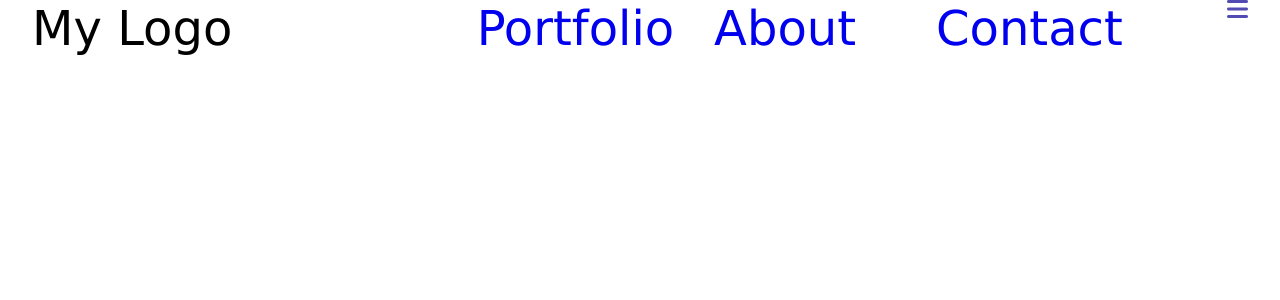
Repository: usman3123/portfolio-template-3
Page: portfolio.html
These files come from the project's save history. The page is drawn as it stood at one moment and after the next save; the edit follows.
The browser window is 1280 px wide. The pictures show the whole page.
Some web libraries are served in a nearby version.

Above is the page before, as saved 2025-01-21 17:26:46.

### portfolio.html
<!DOCTYPE html>
<html lang="en">
<head>
  <meta charset="UTF-8">
  <meta name="viewport" content="width=device-width, initial-scale=1.0">
  <title>project 2</title>
  <link rel="stylesheet" href="style.css">
  <link href='https://unpkg.com/boxicons@2.1.4/css/boxicons.min.css' rel='stylesheet'>
  <link rel="stylesheet" href="https://cdnjs.cloudflare.com/ajax/libs/font-awesome/6.6.0/css/all.min.css" integrity="sha512-Kc323vGBEqzTmouAECnVceyQqyqdsSiqLQISBL29aUW4U/M7pSPA/gEUZQqv1cwx4OnYxTxve5UMg5GT6L4JJg==" crossorigin="anonymous" referrerpolicy="no-referrer" />
  <link rel="stylesheet" href="https://cdnjs.cloudflare.com/ajax/libs/font-awesome/6.6.0/css/all.min.css" integrity="sha512-Kc323vGBEqzTmouAECnVceyQqyqdsSiqLQISBL29aUW4U/M7pSPA/gEUZQqv1cwx4OnYxTxve5UMg5GT6L4JJg==" crossorigin="anonymous" referrerpolicy="no-referrer" />

  <link rel="stylesheet" href="https://cdnjs.cloudflare.com/ajax/libs/font-awesome/6.7.2/css/all.min.css">
  <link rel="preconnect" href="https://fonts.googleapis.com">
<link rel="preconnect" href="https://fonts.gstatic.com" crossorigin>
<link href="https://fonts.googleapis.com/css2?family=Poppins:ital,wght@0,100;0,200;0,300;0,400;0,500;0,600;0,700;0,800;0,900;1,100;1,200;1,300;1,400;1,500;1,600;1,700;1,800;1,900&display=swap" rel="stylesheet">
</head>

<body>

  <!-- Navbar -->

  <nav class="navbar flex">
    <p class="mainlogoo">My Logo</p>
    <img src="/assets/Enabled.png" id="menu-icon">
    <i class="fa-solid fa-x cross-icon" style="color: #ffffff;"></i>
    <div class="nav-links flex">
    <a href="#myportfolio" style="text-decoration: none;" class="link">Portfolio</a>
    <a href="#myabout" style="text-decoration: none;" class="link">About<a>
    <a href="#mycontact" style="text-decoration: none;" class="link">Contact<a>
    </div>
    <i class="fa-solid fa-light fa-bars fa-xl " id="nav-icon " style="color: #524bb4;"></i>
  </nav>

  <!-- Main Content -->

  <!-- <main>



  <section id="myportfolio" class="hero-section flex">
    <div class="hero-content flex">
       <h1> I'm Alexandra! <br>
           Glad to see you.
       </h1>
       <p>
          I'm a software developer! I can help you build a product , feature or website Look through  some of my work and experience! If you like what you see and have a project you need coded, don’t hesitate to contact me.
       </p>

     <p class="let-connect"> LET'S CONNECT</p>

      <div class="icons flex">
          <img src="/assets/twitter.png" class="twitter">
          <img src="assets/Linkedin.png" class="inimage">
          <img src="assets/M.png" class="mimage">
          <img src="assets/Github.png" class="tomimage">
          <img src="assets/V.png" class="protocol">
      </div>
    </div>
  </section> -->

  <!-- Cards Section -->

  <!-- <section class="cards flex">
  </section>

  <div class="page">
    </div>
     -->


   <!-- ABOUT MYSELF -->

  <!-- <section id="myabout" class="about flex">

    <div class="about-intro flex">
      <h1 style="font-size: 40px;">About Myself</h1>
      <p class="about-paragraph">Hello I'm a software developer! I can help you build a product , feature or website Look through some of my work and experience! If you like what you see and have a project you need coded, don't hesitate to contact me.</p>
        <p class="let-connect">Let's Connect</p>
        <div class="icons flex icon-gap">
          <img src="assets/twitter.png" class="twitter">
          <img src="assets/Linkedin.png" class="inimage">
          <img src="assets/M.png" class="mimage">
          <img src="assets/Github.png" class="tomimage">
          <img src="assets/V.png" class="protocol">
      </div>
      <button class="button rsm-btn"> Get my resume</button>
    </div>

    <div class="about-skills flex">
      <div class="about-all flex">
        <p>Languages</p>
        <i class='bx bx-chevron-down'></i>
      </div>
      <div class="about-lang flex">
        <div class="about-lang-img flex">
          <i class="fa-brands fa-js" style="color: #ff0000;"></i>
          <p>JavaScript</p>
        </div>
        <div class="about-lang-img flex">
          <i class="fa-brands fa-html5" style="color: #FFD43B;"></i>
          <p>Html</p>

        </div>
        <div class="about-lang-img flex">
          <i class="fa-brands fa-css3-alt" style="color: #74C0FC;"></i>
          <p>css</p>
        </div>
      </div>
      <div class="about-all flex">
        <p> Frameworks</p>
        <i class='bx bx-chevron-right'></i>
      </div>
      <div class="about-all flex">
        <p>Skills</p>
        <i class='bx bx-chevron-right'></i>
        </div>
        </div>
        <div class="contact-section flex">
            <h4 class="contact-paragraph">I'm always interested in hearing about new projects, so if you'd like to chat please get in touch.</h4>
            <form action="submit-form" class="contact-form flex">
                <div class="names flex">
                    <input type="text" placeholder="Full name" class="first-name">
                    <input type="text" placeholder="last name" class="last-name">
      </div>
        <div class="contact-section flex">
            <h4 class="contact-paragraph">I'm always interested in hearing about new projects, so if you'd like to chat please get in touch.</h4>
            <form action="submit-form" class="contact-form flex">
                <div class="names flex">
                    <input type="text" placeholder="Full name" class="first-name">
                    <input type="text" placeholder="last name" class="last-name">
    </div>
  </section> -->

  <!-- Contact section -->

  <!-- <section id="mycontact" class="contact-section">
    <h1 class="contact-heading">Contact Me</h1>
    <p class="contact-description">
        If you have an application you are interested in developing, a feature that you need built, or a project that needs coding, I'd love to help with it!
    </p>
    <form class="contact-form">
        <input class="form-input" type="text" placeholder="Your Name">
        <input class="form-input" type="email" placeholder="Your Email">
        <textarea class="form-message" placeholder="Write your message here..."></textarea>
        <button class="form-button">Get in Touch</button>
    </form>

</section>

</main> -->

<script src="index.js"></script>
</body>
</html>

### style.css
*{
    margin: 0;
    padding: 0;
    box-sizing: border-box;
}
body {
    font-family: Verdana, Geneva, Tahoma, sans-serif;
}
.flex {
    display: flex;
}
.navbar {
    justify-content: space-around;
}
.mainlogoo {
    font-size: 3rem;
}
.nav-links {
    gap: 40px;
    font-size: 3rem;
}
#nav-icon {
    display: none;
}

Loaded but not shown: index.js (no copy from this time; the picture is the same without it)

After the next save:
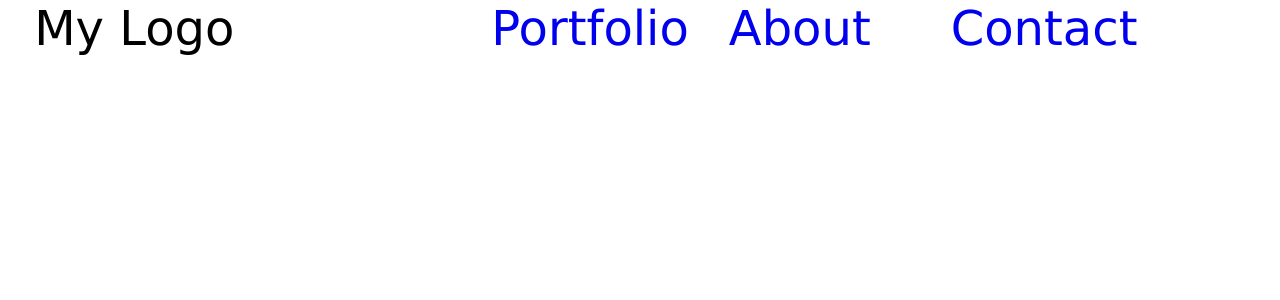
Saved 4 min 19 s later.
--- a/portfolio.html
+++ b/portfolio.html
@@ -28,7 +28,7 @@
     <a href="#myabout" style="text-decoration: none;" class="link">About<a>
     <a href="#mycontact" style="text-decoration: none;" class="link">Contact<a>
     </div>
-    <i class="fa-solid fa-light fa-bars fa-xl " id="nav-icon " style="color: #524bb4;"></i>
+    <i class="fa-solid fa-bars fa-xl " style="color: #524bb4; display: none;"></i>
   </nav>
 
   <!-- Main Content -->
